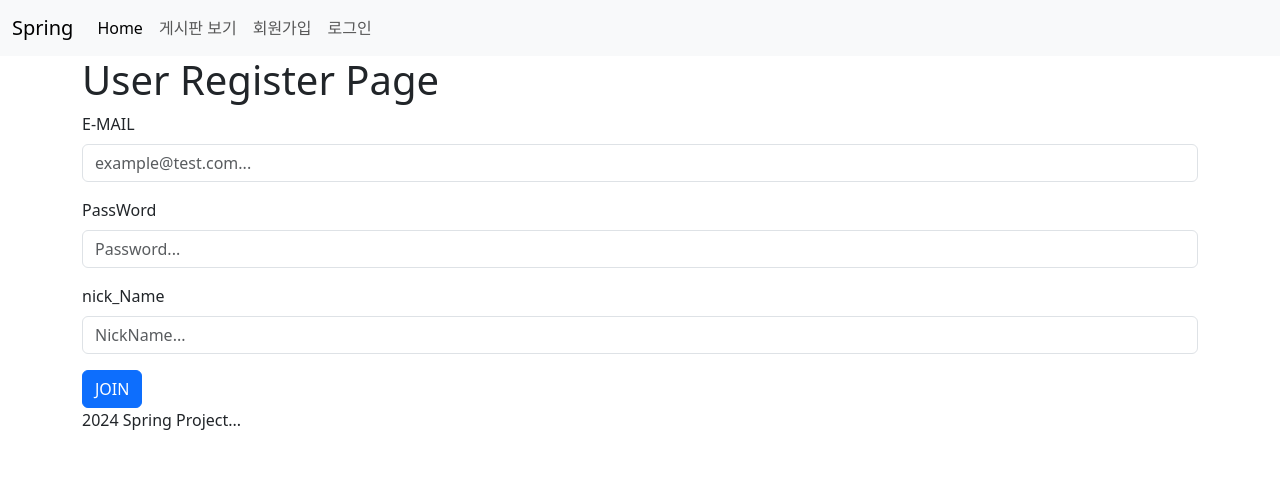
Repository: ehdwo13/ezen
Page: http://localhost/spring_test2/WEB-INF/views/user/register.jsp
The author's editor kept a copy of each file at every save. The page is drawn from the files as they stood at one save, then again after the next save.
The browser window is 1280 px wide. The pictures show the whole page.
The page is served by Tomcat 9. Nobody is signed in. Other server files are loaded and not shown. The template is opened directly, without the code that normally fills it, so the values that code supplies are empty.

Above is the page before, as saved 2024-05-09 02:32:19.
Console error: TypeError: Cannot read properties of null (reading 'addEventListener')

### 240501_SPRING/spring_test2/src/main/webapp/WEB-INF/views/user/register.jsp
<%@ page language="java" contentType="text/html; charset=UTF-8"
    pageEncoding="UTF-8"%>
<%@taglib uri="http://www.springframework.org/security/tags" prefix="sec"%>
<jsp:include page="../layout/header.jsp" />
<div class="container-md">
		<h1>User Register Page</h1>
		<form action="/user/register" method="post">
		<div class="mb-3">
	  		<label for="e" class="form-label">E-MAIL</label>
	  		<input type="email" class="form-control" name="email" id="e" placeholder="example@test.com...">
		</div>
		<div class="mb-3">
	  		<label for="p" class="form-label">PassWord</label>
	  		<input type="password" class="form-control" name="pwd" id="p" placeholder="Password...">
		</div>
		<div class="mb-3">
	  		<label for="n" class="form-label">nick_Name</label>
	  		<input type="text" class="form-control" name="nickName" id="n" placeholder="NickName...">
		</div>
		<button type="submit" class="btn btn-primary">JOIN</button>
	</form>
</div>
<script type="text/javascript" src="/resources/js/userRegister.js"></script>
<jsp:include page="../layout/footer.jsp" />

### 240501_SPRING/spring_test2/src/main/webapp/WEB-INF/views/layout/header.jsp
<%@ page language="java" contentType="text/html; charset=UTF-8"
    pageEncoding="UTF-8"%>
<%@taglib uri="http://java.sun.com/jsp/jstl/core" prefix="c" %>
<%@taglib uri="http://www.springframework.org/security/tags" prefix="sec" %>
<!DOCTYPE html>
<html>
<head>
<meta charset="UTF-8">
<title>header.jsp</title>
<link href="/resources/css/bootstrap.min.css" rel="stylesheet">
<script src="/resources/js/bootstrap.bundle.min.js"></script>
</head>
<body>
<nav class="navbar navbar-expand-lg bg-body-tertiary">
  <div class="container-fluid">
    <a class="navbar-brand" href="/">Spring</a>
    <button class="navbar-toggler" type="button" data-bs-toggle="collapse" data-bs-target="#navbarSupportedContent" aria-controls="navbarSupportedContent" aria-expanded="false" aria-label="Toggle navigation">
      <span class="navbar-toggler-icon"></span>
    </button>
    <div class="collapse navbar-collapse" id="navbarSupportedContent">
      <ul class="navbar-nav me-auto mb-2 mb-lg-0">
        <li class="nav-item">
          <a class="nav-link active" aria-current="page" href="/">Home</a>
        </li>
        <li class="nav-item">
          <a class="nav-link" href="/board/list">게시판 보기</a>
        </li>
        <sec:authorize access="isAnonymous()">
        <li class="nav-item">
          <a class="nav-link" href="/user/register">회원가입</a>
        </li>
        <li class="nav-item">
          <a class="nav-link" href="/user/login">로그인</a>
        </li>
        </sec:authorize>
        <!-- access의 권한이 있는지 확인 -->
        <!-- 현재 사용자의 정보 : principal -->
        <sec:authorize access="isAuthenticated()">
        <sec:authentication property="principal.uvo.email" var="authEmail"/>
        <sec:authentication property="principal.uvo.nickName" var="authNick"/>
        <sec:authentication property="principal.uvo.authList" var="auths"/>
        <sec:authentication property="principal.uvo.lastLogin" var="time"/>
        <li class="nav-item">
          <a class="nav-link" href="/board/register">게시판 글쓰기</a>
        </li>
        <c:choose>
        	<c:when test="${auths.stream().anyMatch(authVO -> authVO.auth.equals('ROLE_ADMIN')).get() }">
		        <li class="nav-item">
		          <a class="nav-link" href="/user/list">회원리스트 ${authNick }(${authEmail } / ADMIN)</a>
		        </li>
        	</c:when>
        	<c:otherwise>
		        <li class="nav-item">
		          <a class="nav-link" href="/user/modify">회원정보수정 ${authNick } lastLogin : ${time }</a>
		        </li>
        	</c:otherwise>
        </c:choose>
        <li class="nav-item">
          <a class="nav-link" href="" id="logoutLink">로그아웃</a>
        </li>
        <form action="/user/logout" method="post" id="logoutForm">
        	<input type="hidden" name="email" value="${authEmail }">
        </form>
        </sec:authorize>

  	  </ul>
    </div>
  </div>
</nav>
<script type="text/javascript">
	document.getElementById('logoutLink').addEventListener('click', (e)=>{
		e.preventDefault();
    	document.getElementById('logoutForm').submit();
	})
</script>

### 240501_SPRING/spring_test2/src/main/webapp/WEB-INF/views/layout/footer.jsp
<%@ page language="java" contentType="text/html; charset=UTF-8"
    pageEncoding="UTF-8"%>
<div class="container-md">
	2024 Spring Project...
</div>

</body>
</html>

### 240501_SPRING/spring_test2/src/main/webapp/resources/js/userRegister.js
document.getElementById('checkEmail').addEventListener('click', async () => {
    let email = document.getElementById('e').value;
    console.log(email);
    checkEmail(email).then(result=>{
        console.log(result);
        if (result == "1") {
            alert('중복된 이메일 입니다. 다시 입력해주세요.');
            document.getElementById('e').value = "";
        } else {
            alert('사용 가능한 이메일 입니다.');
        }
    })
});

async function checkEmail(email) {
    try {
        const url = "/user/check";
        const config = {
            method: "POST",
            body: email
        };
        const resp = await fetch(url, config);
        const result = await resp.json();
        return result;
    } catch (error) {
        console.log(error);
    }
}

Loaded but not shown: 240501_SPRING/spring_test2/src/main/webapp/resources/css/bootstrap.min.css (library); 240501_SPRING/spring_test2/src/main/webapp/resources/js/bootstrap.bundle.min.js (library)

After the next save:
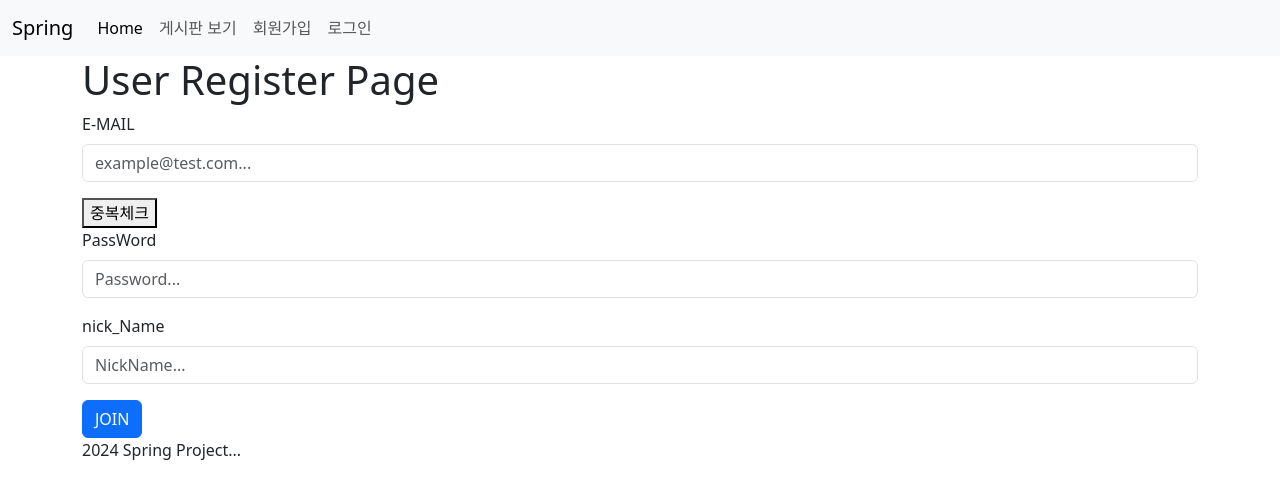
Saved 66 s later.
--- a/240501_SPRING/spring_test2/src/main/webapp/WEB-INF/views/user/register.jsp
+++ b/240501_SPRING/spring_test2/src/main/webapp/WEB-INF/views/user/register.jsp
@@ -9,6 +9,7 @@
 	  		<label for="e" class="form-label">E-MAIL</label>
 	  		<input type="email" class="form-control" name="email" id="e" placeholder="example@test.com...">
 		</div>
+		<button type="button">중복체크</button>
 		<div class="mb-3">
 	  		<label for="p" class="form-label">PassWord</label>
 	  		<input type="password" class="form-control" name="pwd" id="p" placeholder="Password...">
